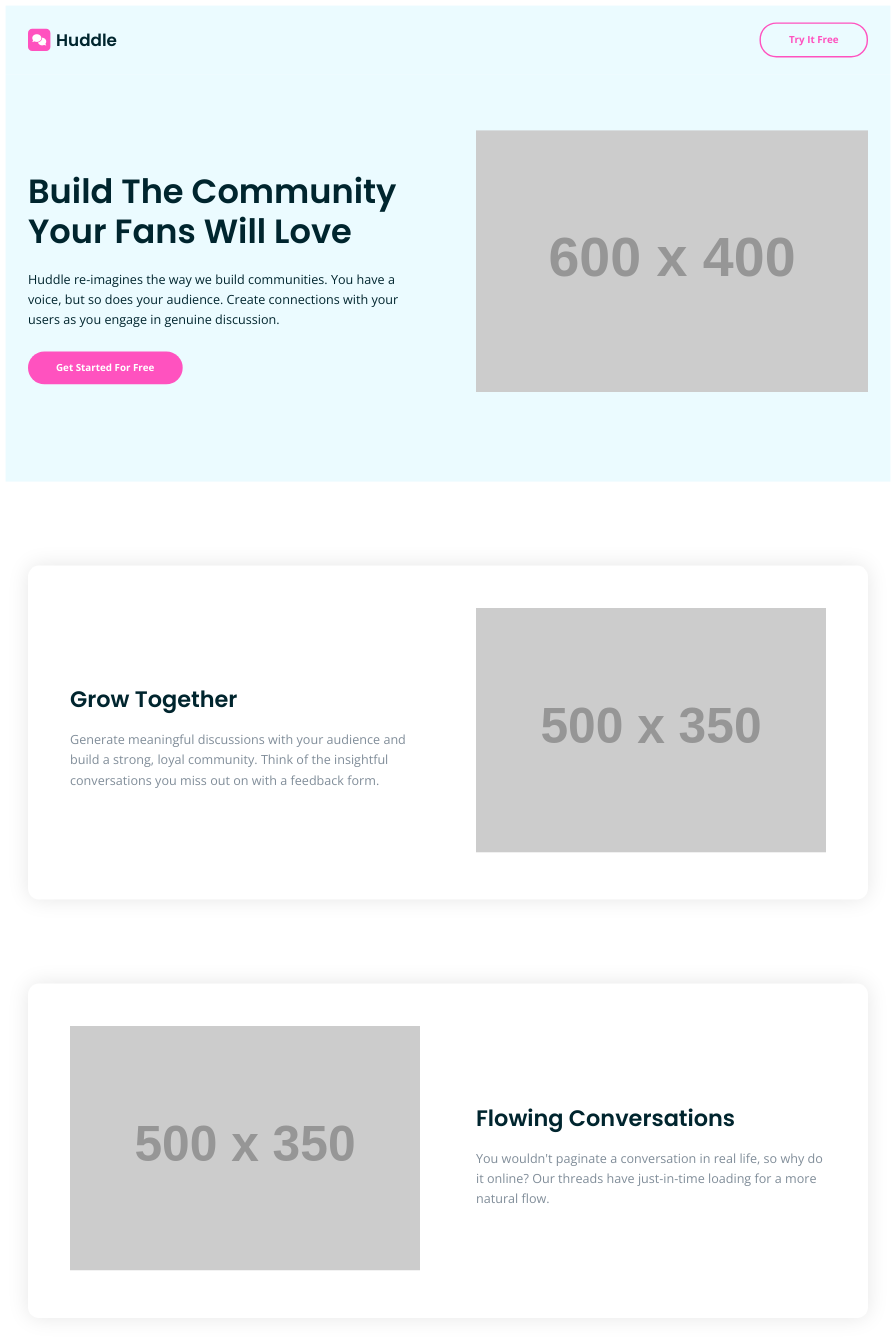
Repository: blordeus/huddle-landing-page
Page: index.html
These files come from the project's save history. The page is drawn as it stood at one moment and after the next save; the edit follows.
The browser window is 1280 px wide. The pictures show the part of the page from y = 0 to 1920 px (the page is 3717 px tall before and 3680 px after), at 70% of full size.

Above is the page before, as saved 2025-07-01 10:50:44.

### index.html
<!DOCTYPE html>
<html lang="en">
<head>
  <meta charset="UTF-8">
  <meta name="viewport" content="width=device-width, initial-scale=1.0">
  <link rel="icon" type="image/png" sizes="32x32" href="./images/favicon-32x32.png">
  <title>Frontend Mentor | Huddle landing page with alternating feature blocks</title>

  <!-- Google Fonts -->
  <link rel="preconnect" href="https://fonts.googleapis.com">
  <link rel="preconnect" href="https://fonts.gstatic.com" crossorigin>
  <link href="https://fonts.googleapis.com/css2?family=Poppins:wght@600&family=Open+Sans:wght@400;700&display=swap" rel="stylesheet">
  <link rel="stylesheet" type="text/css" href="styles.css" />

  <!-- Font Awesome for social icons -->
  <link rel="stylesheet" href="https://cdnjs.cloudflare.com/ajax/libs/font-awesome/6.0.0/css/all.min.css">
</head>

<body>
  <!-- Header -->
  <header class="header">
    <div class="container">
      <div class="header-content">
        <a href="#" class="logo">
          <div class="logo-icon">
            <i class="fas fa-comments"></i>
          </div>
          Huddle
        </a>
        <a href="#" class="btn btn-outline">Try It Free</a>
      </div>
    </div>
  </header>

  <!-- Hero Section -->
  <section class="hero">
    <div class="container">
      <div class="hero-content">
        <div class="hero-text">
          <h1>Build The Community Your Fans Will Love</h1>
          <p>Huddle re-imagines the way we build communities. You have a voice, but so does your audience. Create connections with your users as you engage in genuine discussion.</p>
          <a href="#" class="btn">Get Started For Free</a>
        </div>
        <div class="hero-image">
          <img src="https://placehold.co/600x400/e0f7ff/333333?text=Desktop+and+Mobile+Chat+Interface+Illustration" alt="Desktop and mobile chat interface showing community conversations">
        </div>
      </div>
    </div>
  </section>

  <!-- Features Section -->
  <section class="features">
    <div class="container">
      <div class="feature">
        <div class="feature-content">
          <h2>Grow Together</h2>
          <p>Generate meaningful discussions with your audience and build a strong, loyal community. Think of the insightful conversations you miss out on with a feedback form.</p>
        </div>
        <div class="feature-image">
          <img src="https://placehold.co/500x350/e0f7ff/333333?text=People+Having+Meaningful+Conversations+Illustration" alt="Illustration of people having meaningful conversations and building community">
        </div>
      </div>

      <div class="feature">
        <div class="feature-content">
          <h2>Flowing Conversations</h2>
          <p>You wouldn't paginate a conversation in real life, so why do it online? Our threads have just-in-time loading for a more natural flow.</p>
        </div>
        <div class="feature-image">
          <img src="https://placehold.co/500x350/e0f7ff/333333?text=Natural+Flowing+Conversation+Interface+Illustration" alt="Illustration of natural flowing conversation interface with seamless chat threads">
        </div>
      </div>

      <div class="feature">
        <div class="feature-content">
          <h2>Your Users</h2>
          <p>It takes no time at all to integrate Huddle with your app's authentication solution. This means, once signed in to your app, your users can start chatting immediately.</p>
        </div>
        <div class="feature-image">
          <img src="https://placehold.co/500x350/e0f7ff/333333?text=User+Authentication+Integration+Illustration" alt="Illustration showing easy user authentication and immediate chat access">
        </div>
      </div>
    </div>
  </section>

  <!-- Call to Action -->
  <section class="cta">
    <div class="container">
      <h2>Ready To Build Your Community?</h2>
      <a href="#" class="btn">Get Started For Free</a>
    </div>
  </section>

  <!-- Footer -->
  <footer class="footer">
    <div class="container">
      <div class="footer-content">
        <div class="footer-info">
          <a href="#" class="footer-logo">
            <div class="logo-icon">
              <i class="fas fa-comments"></i>
            </div>
            Huddle
          </a>
          <div class="contact-info">
            <div class="contact-item">
              <i class="fas fa-map-marker-alt"></i>
              <p>Lorem ipsum dolor sit amet, consectetur adipiscing elit, sed do eiusmod tempor incididunt ut labore et dolore magna aliqua</p>
            </div>
            <div class="contact-item">
              <i class="fas fa-phone"></i>
              <p>+1-543-123-4567</p>
            </div>
            <div class="contact-item">
              <i class="fas fa-envelope"></i>
              <p>example@huddle.com</p>
            </div>
          </div>
        </div>

        <div class="footer-links">
          <a href="#">About Us</a>
          <a href="#">What We Do</a>
          <a href="#">FAQ</a>
        </div>

        <div class="footer-links">
          <a href="#">Career</a>
          <a href="#">Blog</a>
          <a href="#">Contact Us</a>
        </div>

        <div class="social-icons">
          <a href="#" class="social-icon" aria-label="Facebook">
            <i class="fab fa-facebook-f"></i>
          </a>
          <a href="#" class="social-icon" aria-label="Twitter">
            <i class="fab fa-twitter"></i>
          </a>
          <a href="#" class="social-icon" aria-label="Instagram">
            <i class="fab fa-instagram"></i>
          </a>
        </div>
      </div>

      <div class="copyright">
        <p>&copy; Copyright 2018 Huddle. All rights reserved.</p>
      </div>
    </div>

    <p class="attribution">
      Challenge by <a href="https://www.frontendmentor.io?ref=challenge" target="_blank">Frontend Mentor</a>.
      Coded by <a href="#">Your Name Here</a>.
    </p>
  </footer>
</body>
</html>

### styles.css
<style>
    * {
      margin: 0;
      padding: 0;
      box-sizing: border-box;
    }

    body {
      font-family: 'Open Sans', sans-serif;
      font-size: 18px;
      line-height: 1.6;
      color: hsl(192, 100%, 9%);
    }

    .container {
      max-width: 1200px;
      margin: 0 auto;
      padding: 0 20px;
    }

    /* Header */
    .header {
      background: hsl(193, 100%, 96%);
      padding: 24px 0;
    }

    .header-content {
      display: flex;
      justify-content: space-between;
      align-items: center;
    }

    .logo {
      display: flex;
      align-items: center;
      gap: 8px;
      font-family: 'Poppins', sans-serif;
      font-weight: 600;
      font-size: 24px;
      color: hsl(192, 100%, 9%);
      text-decoration: none;
    }

    .logo-icon {
      width: 32px;
      height: 32px;
      background: hsl(322, 100%, 66%);
      border-radius: 6px;
      display: flex;
      align-items: center;
      justify-content: center;
      color: white;
      font-size: 16px;
    }

    .btn {
      background: hsl(322, 100%, 66%);
      color: white;
      border: none;
      padding: 12px 40px;
      border-radius: 24px;
      font-family: 'Open Sans', sans-serif;
      font-weight: 700;
      font-size: 14px;
      cursor: pointer;
      text-decoration: none;
      display: inline-block;
      transition: opacity 0.3s ease;
    }

    .btn:hover {
      opacity: 0.8;
    }

    .btn-outline {
      background: transparent;
      color: hsl(322, 100%, 66%);
      border: 2px solid hsl(322, 100%, 66%);
    }

    .btn-outline:hover {
      background: hsl(322, 100%, 66%);
      color: white;
    }

    /* Hero Section */
    .hero {
      background: hsl(193, 100%, 96%);
      padding: 80px 0 120px;
    }

    .hero-content {
      display: grid;
      grid-template-columns: 1fr 1fr;
      gap: 80px;
      align-items: center;
    }

    .hero-text h1 {
      font-family: 'Poppins', sans-serif;
      font-weight: 600;
      font-size: 48px;
      line-height: 1.2;
      margin-bottom: 24px;
      color: hsl(192, 100%, 9%);
    }

    .hero-text p {
      font-size: 18px;
      color: hsl(192, 100%, 9%);
      margin-bottom: 32px;
      line-height: 1.6;
    }

    .hero-image {
      text-align: center;
    }

    .hero-image img {
      max-width: 100%;
      height: auto;
    }

    /* Features Section */
    .features {
      padding: 120px 0;
    }

    .feature {
      display: grid;
      grid-template-columns: 1fr 1fr;
      gap: 80px;
      align-items: center;
      margin-bottom: 120px;
      background: white;
      padding: 60px;
      border-radius: 16px;
      box-shadow: 0 0 30px rgba(0, 0, 0, 0.1);
    }

    .feature:nth-child(even) .feature-content {
      order: 2;
    }

    .feature:nth-child(even) .feature-image {
      order: 1;
    }

    .feature h2 {
      font-family: 'Poppins', sans-serif;
      font-weight: 600;
      font-size: 32px;
      margin-bottom: 16px;
      color: hsl(192, 100%, 9%);
    }

    .feature p {
      color: hsl(208, 11%, 55%);
      line-height: 1.6;
    }

    .feature-image {
      text-align: center;
    }

    .feature-image img {
      max-width: 100%;
      height: auto;
    }

    /* Call to Action */
    .cta {
      text-align: center;
      padding: 80px 0;
      background: white;
      margin: 0 20px;
      border-radius: 16px;
      box-shadow: 0 0 30px rgba(0, 0, 0, 0.1);
      position: relative;
      z-index: 2;
      transform: translateY(50%);
    }

    .cta h2 {
      font-family: 'Poppins', sans-serif;
      font-weight: 600;
      font-size: 32px;
      margin-bottom: 32px;
      color: hsl(192, 100%, 9%);
    }

    /* Footer */
    .footer {
      background: hsl(192, 100%, 9%);
      color: white;
      padding: 120px 0 40px;
    }

    .footer-content {
      display: grid;
      grid-template-columns: 2fr 1fr 1fr 1fr;
      gap: 60px;
      margin-bottom: 40px;
    }

    .footer-logo {
      display: flex;
      align-items: center;
      gap: 8px;
      font-family: 'Poppins', sans-serif;
      font-weight: 600;
      font-size: 24px;
      color: white;
      text-decoration: none;
      margin-bottom: 24px;
    }

    .footer-logo .logo-icon {
      background: white;
      color: hsl(322, 100%, 66%);
    }

    .contact-info {
      display: flex;
      flex-direction: column;
      gap: 16px;
    }

    .contact-item {
      display: flex;
      align-items: flex-start;
      gap: 16px;
    }

    .contact-item i {
      margin-top: 4px;
      width: 16px;
    }

    .footer-links {
      display: flex;
      flex-direction: column;
      gap: 12px;
    }

    .footer-links a {
      color: white;
      text-decoration: none;
      transition: color 0.3s ease;
    }

    .footer-links a:hover {
      color: hsl(322, 100%, 66%);
    }

    .social-icons {
      display: flex;
      gap: 16px;
      justify-content: center;
    }

    .social-icon {
      width: 40px;
      height: 40px;
      border: 1px solid white;
      border-radius: 50%;
      display: flex;
      align-items: center;
      justify-content: center;
      color: white;
      text-decoration: none;
      transition: all 0.3s ease;
    }

    .social-icon:hover {
      color: hsl(322, 100%, 66%);
      border-color: hsl(322, 100%, 66%);
    }

    .copyright {
      text-align: center;
      font-size: 14px;
      color: hsl(208, 11%, 55%);
      padding-top: 40px;
      border-top: 1px solid hsl(208, 11%, 55%);
    }

    .attribution {
      font-size: 11px;
      text-align: center;
      margin-top: 20px;
    }

    .attribution a {
      color: hsl(228, 45%, 44%);
    }

    /* Responsive Design */
    @media (max-width: 768px) {
      .container {
        padding: 0 16px;
      }

      .header-content {
        flex-direction: column;
        gap: 20px;
      }

      .hero-content {
        grid-template-columns: 1fr;
        gap: 40px;
        text-align: center;
      }

      .hero-text h1 {
        font-size: 32px;
      }

      .feature {
        grid-template-columns: 1fr;
        gap: 40px;
        padding: 40px 20px;
        text-align: center;
      }

      .feature:nth-child(even) .feature-content,
      .feature:nth-child(even) .feature-image {
        order: unset;
      }

      .footer-content {
        grid-template-columns: 1fr;
        gap: 40px;
        text-align: center;
      }

      .social-icons {
        justify-content: center;
      }

      .cta {
        margin: 0 16px;
        padding: 40px 20px;
      }

      .cta h2 {
        font-size: 24px;
      }
    }
  </style>

After the next save:
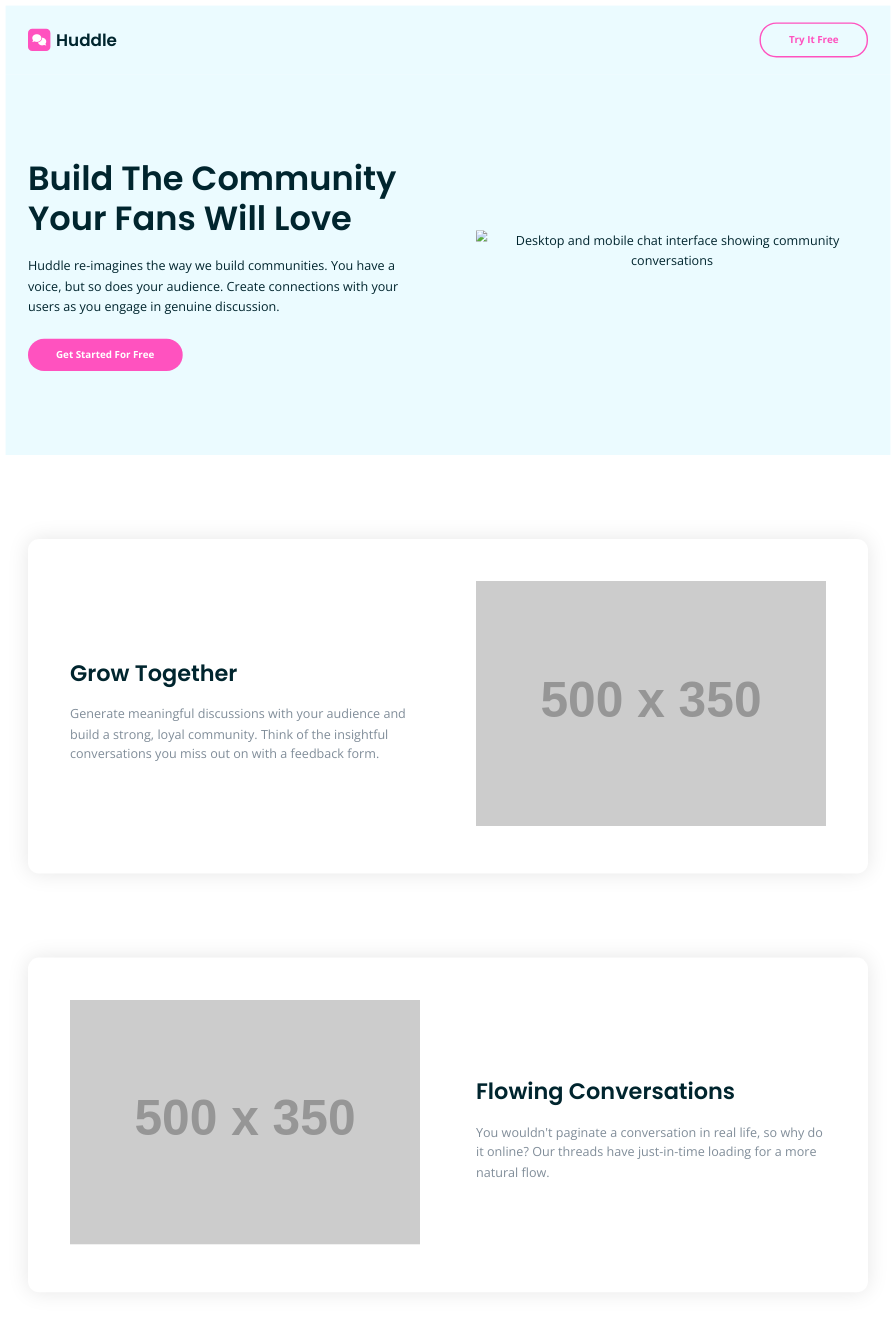
Saved 29 s later.
--- a/index.html
+++ b/index.html
@@ -42,7 +42,7 @@
           <a href="#" class="btn">Get Started For Free</a>
         </div>
         <div class="hero-image">
-          <img src="https://placehold.co/600x400/e0f7ff/333333?text=Desktop+and+Mobile+Chat+Interface+Illustration" alt="Desktop and mobile chat interface showing community conversations">
+          <img src="./" alt="Desktop and mobile chat interface showing community conversations">
         </div>
       </div>
     </div>
